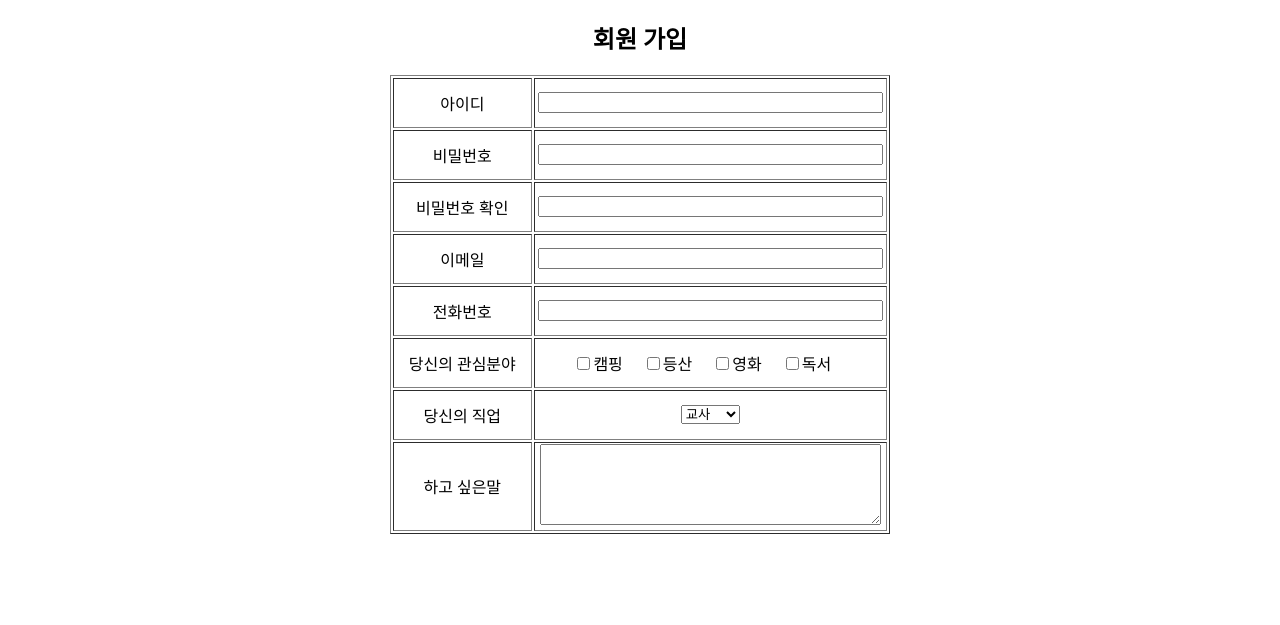
Repository: SuperHamzzi/JSPStudy
Page: http://localhost/JSP01/RequestJoin.jsp
The author's editor kept a copy of each file at every save. The page is drawn from the files as they stood at one save, then again after the next save.
The browser window is 1280 px wide. The pictures show the whole page.
The page is served by Tomcat 9.

Above is the page before, as saved 2023-06-04 11:06:11.

### JSP01/WebContent/RequestJoin.jsp
<%@ page language="java" contentType="text/html; charset=EUC-KR"
    pageEncoding="EUC-KR"%>
<!DOCTYPE html>
<html>
<head>
<meta charset="EUC-KR">
<title>Insert title here</title>
</head>
<body>

	<center>
	<h2> 회원 가입</h2>
	<form action="RequestJoinProc.jsp" method="post">
	<table width="500" border="1">
	<tr height="50">
		<td width="150" align="center"> 아이디</td>
		<td width="350" align="center" >
		<input type="text" name="id" size="40">
		</td>
	</tr>
	<tr height="50">
		<td width="150" align="center"> 비밀번호</td>
		<td width="350" align="center">
		<input type="password" align="center" name="pass" size="40">
		</td>
	</tr>
	<tr height="50">
		<td width="150" align="center"> 비밀번호 확인</td>
		<td width="350" align="center">
		<input type="password" name="pass2" size="40">
		</td>
	</tr>
	<tr height="50">
		<td width="150" align="center"> 이메일</td>
		<td width="350" align="center">
		<input type="email" name="email" size="40">
		</td>
	</tr>
	<tr height="50">
		<td width="150" align="center"> 전화번호</td>
		<td width="350" align="center">
		<input type="tell"  name="id" size="40">
		</td>
	</tr>
	<tr height="50">
		<td width="150" align="center">당신의 관심분야</td>
		<td width="350" align="center">
		<input type="checkbox" name="hobby" value="캠핑">캠핑 &nbsp; &nbsp;
		<input type="checkbox" name="hobby" value="등산">등산 &nbsp; &nbsp;
		<input type="checkbox" name="hobby" value="영화">영화 &nbsp; &nbsp;
		<input type="checkbox" name="hobby" value="독서">독서 &nbsp; &nbsp;
		</td>
	</tr>
	<tr height="50">
	<td width="150" align="center">당신의 직업</td>
	<td width="350" align="center">
		<select name="job">
		<option value="교사">교사</option>
		<option value="변호사">변호사</option>
		<option value="의사">의사</option>
		<option value="기술사">기술사</option>
		</select>
	</td>
	</tr>

	<tr height="50">

	<td width="150" align="center">하고 싶은말</td>

	<td width="350" align="center">
	<textarea rows="5" cols="40" name="info"></textarea>
	</td>
	</tr>
	</table>
	</form>
	</center>

</body>
</html>

After the next save:
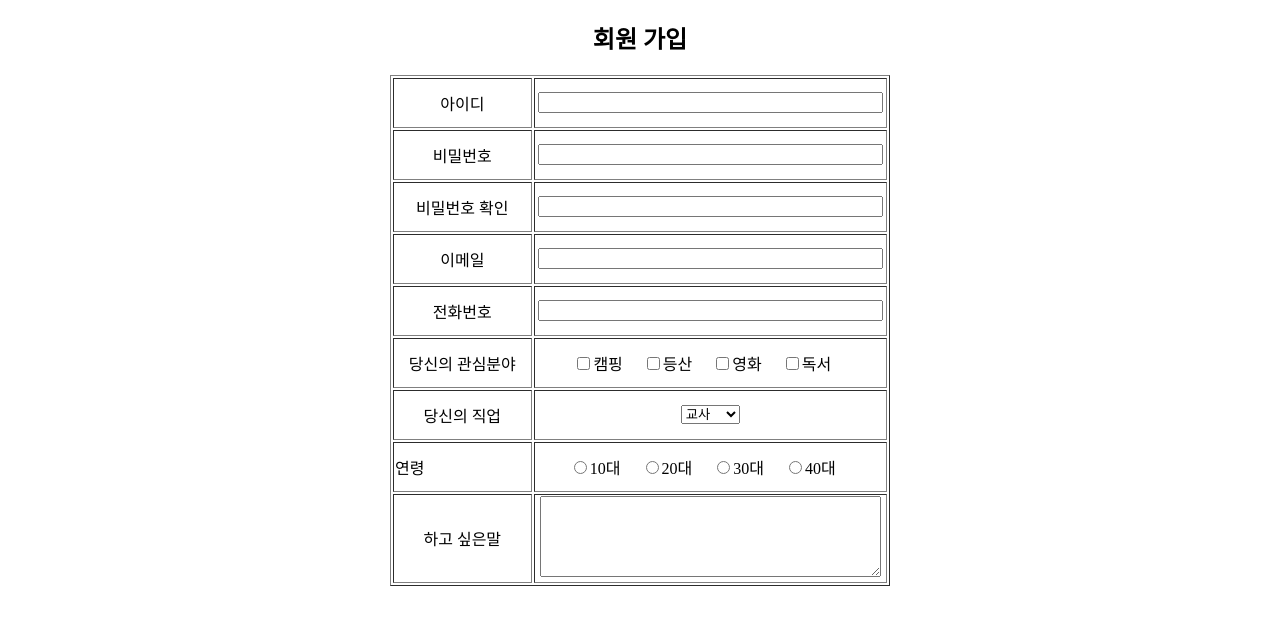
Saved 100 s later.
--- a/JSP01/WebContent/RequestJoin.jsp
+++ b/JSP01/WebContent/RequestJoin.jsp
@@ -64,6 +64,18 @@
 	</tr>
 
 	<tr height="50">
+		<td width="150" aline="center">
+		 연령
+		</td>
+		<td width="350" align="center">
+
+		<input type="radio" name="age" value="10">10대 &nbsp; &nbsp;
+		<input type="radio" name="age" value="20">20대 &nbsp; &nbsp;
+		<input type="radio" name="age" value="30">30대 &nbsp; &nbsp;
+		<input type="radio" name="age" value="40">40대 &nbsp; &nbsp;
+		</td>
+	</tr>
+	<tr height="50">
 
 	<td width="150" align="center">하고 싶은말</td>
 
